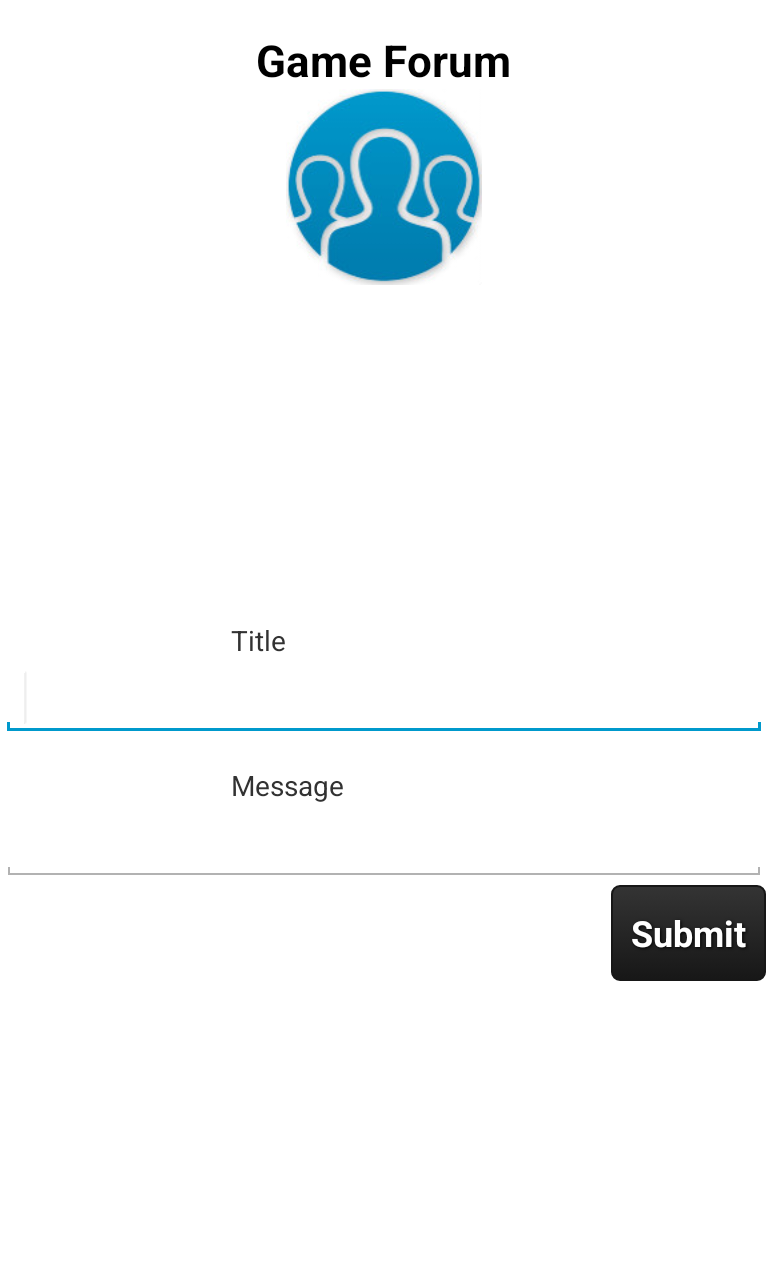
Repository: yuanpeixin/Project
Layout: GameForum/res/layout/add_comment.xml
The author's editor kept a copy of each file at every save. The layout is drawn from the files as they stood at one save, then again after the next save.
It is drawn on a 768 x 1280 px phone screen (xhdpi) without system bars, with theme AppTheme; the app's code is not run.

Above is the layout before, as saved 2015-10-09 02:48:20.

After the next save:
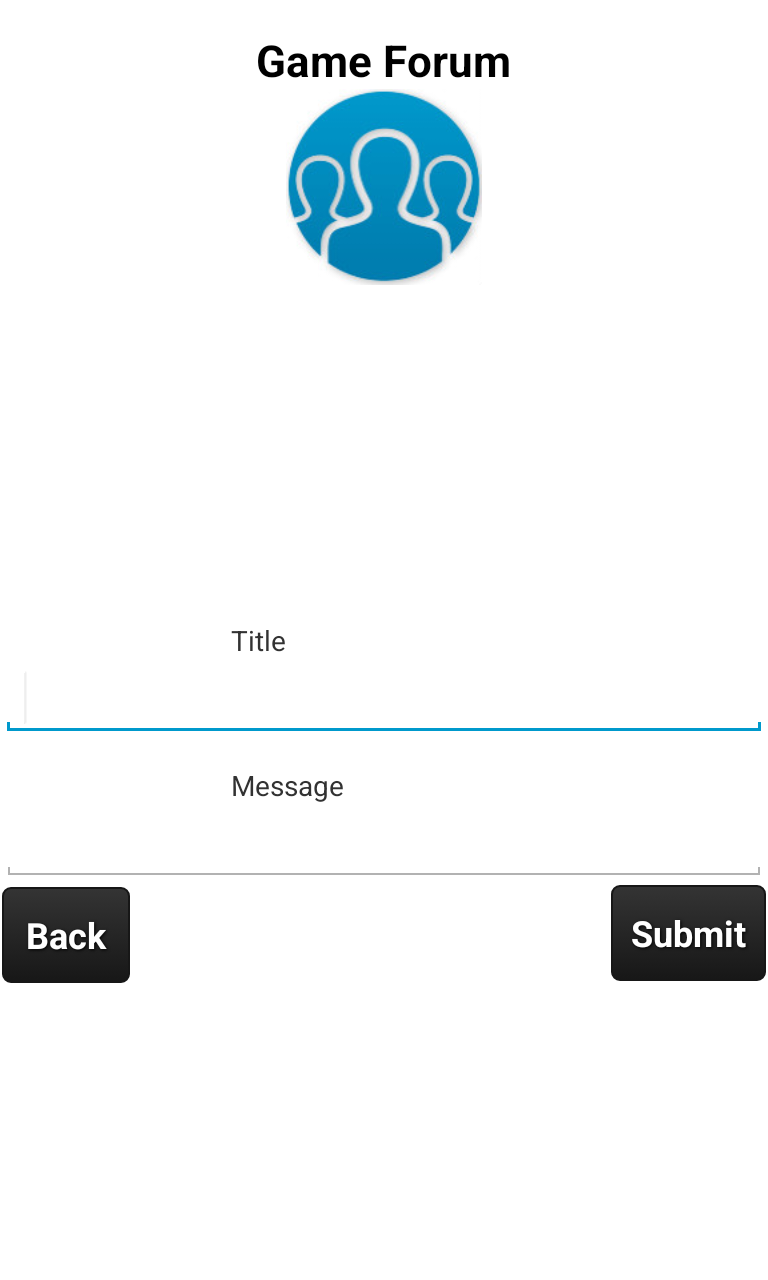
Saved 4 min 49 s later.
--- a/GameForum/res/layout/add_comment.xml
+++ b/GameForum/res/layout/add_comment.xml
@@ -46,8 +46,8 @@
         style="@style/WhiteText"
         android:layout_width="wrap_content"
         android:layout_height="wrap_content"
+        android:layout_alignParentRight="true"
         android:layout_below="@+id/acMessage"
-        android:layout_alignParentRight="true"
         android:background="@drawable/black_button"
         android:text="Submit" />
 
@@ -72,4 +72,14 @@
         android:textAppearance="?android:attr/textAppearanceLarge"
         android:textStyle="bold" />
 
+    <Button
+        android:id="@+id/button1"
+        style="@style/WhiteText"
+        android:layout_width="wrap_content"
+        android:layout_height="wrap_content"
+        android:layout_alignParentLeft="true"
+        android:layout_alignTop="@+id/submit"
+        android:background="@drawable/black_button"
+        android:text="Back" />
+
 </RelativeLayout>
